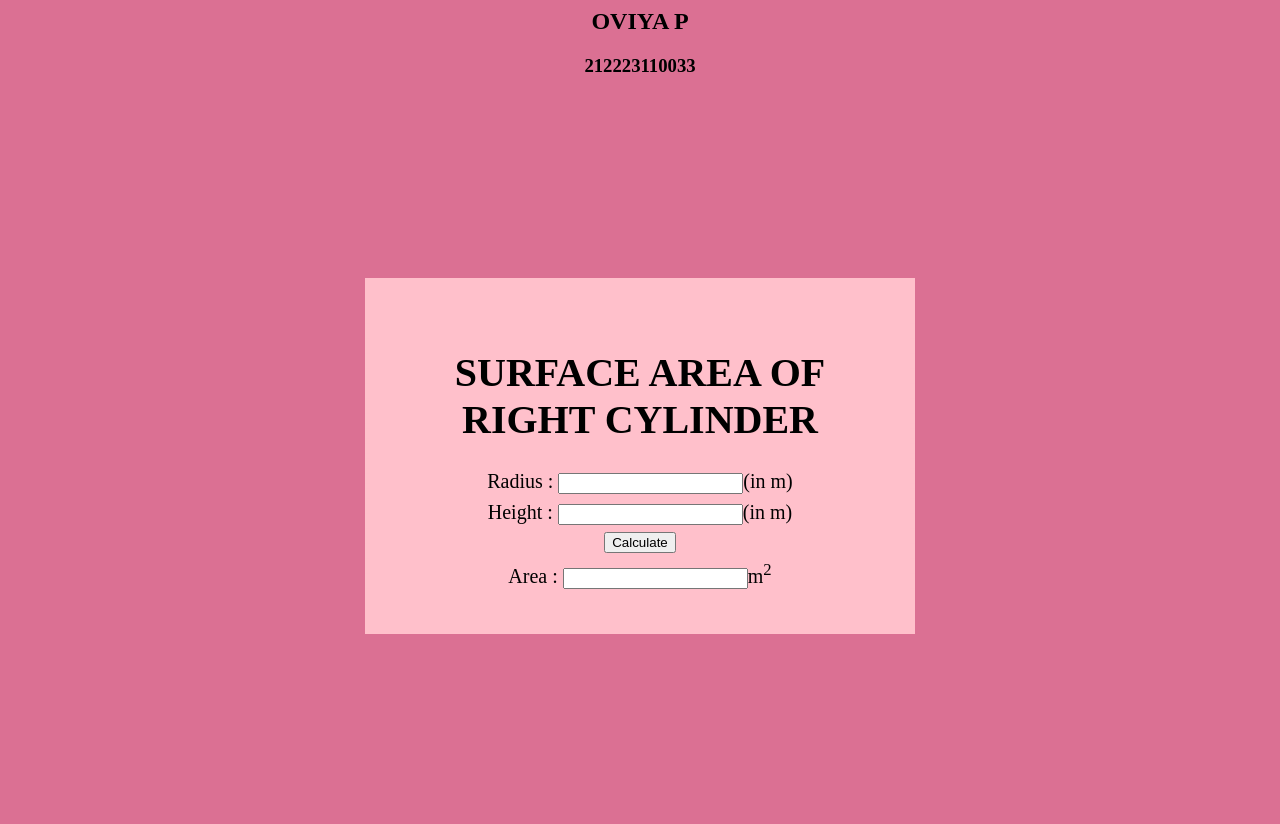
Repository: Oviya24032K6/MathServer
Page: oviya/mathapp/templates/mathapp/maths.html
These files come from the project's save history. The page is drawn as it stood at one moment and after the next save; the edit follows.
The browser window is 1280 px wide. The pictures show the whole page.
The template is drawn by Django 5.2. The application's start-up code is not run. The template is opened directly, without the code that normally fills it, so the values that code supplies are empty.

Above is the page before, as saved 2024-04-02 10:10:58.

After the next save:
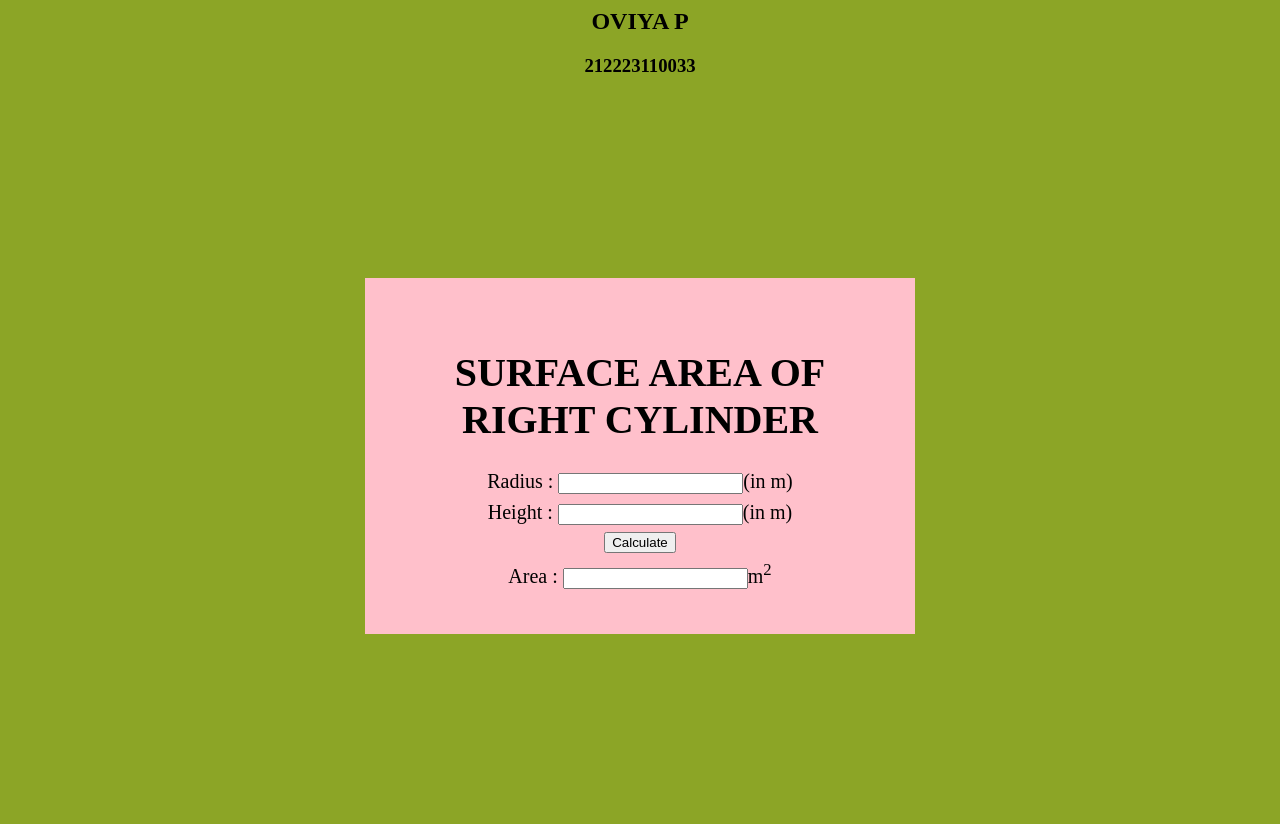
Saved 36 s later.
--- a/oviya/mathapp/templates/mathapp/maths.html
+++ b/oviya/mathapp/templates/mathapp/maths.html
@@ -8,7 +8,7 @@
 <meta name='viewport' content='width=device-width, initial-scale=1'>
 <style type="text/css">
 body {
-    background-color: palevioletred;
+    background-color: rgb(140, 165, 38);
 }
 .edge {
     width: 100%; /* Set width to 100% */
